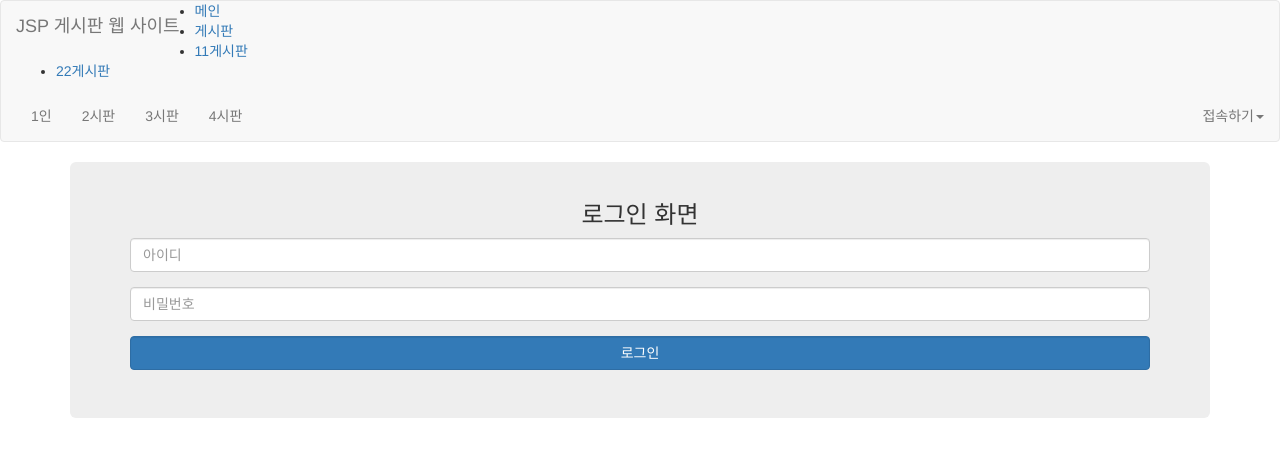
Repository: seung-kook/JSPBBS
Page: http://localhost/BBS/login.jsp
These files come from the project's save history. The page is drawn as it stood at one moment and after the next save; the edit follows.
The browser window is 1280 px wide. The pictures show the whole page.
Some web libraries are served in a nearby version. The page is served by Tomcat 9. Other server files are loaded and not shown.

Above is the page before, as saved 2022-02-01 03:47:12.

### BBS/src/main/webapp/login.jsp
<%@ page language="java" contentType="text/html; charset=UTF-8"
    pageEncoding="UTF-8"%>
<!DOCTYPE html>
<html>
<head>
<meta charset="UTF-8">
<meta name="viewport" content="width=device-width, initial-scale=1">
<link rel="stylesheet" href="css/bootstrap.css">
<title>JSP 게시판 웹 사이트</title>
</head>
<body>
	<nav class="navbar navbar-default">
		<div class="navbar-header">
			<button type="button" class="navbar-toggle collapsed"
				data-toggle="collapse" data-target="#bs-example-navbar-collapse-1"
				aria-expanded="false">
				<span class="icon-bar"></span>
				<span class="icon-bar"></span>
				<span class="icon-bar"></span>
			</button>
			<a class="navbar-brand" href="main.jsp">JSP 게시판 웹 사이트</a>
		</div>
		<div class="collapse navbar-collapse" id="bs-example-navbar-collapse-1">
			<ul>
				<li><a href="main.jsp">메인</a></li>
				<li><a href="bbs.jsp">게시판</a></li>
				<li><a href="bbs.jsp">11게시판</a></li>
				<li><a href="bbs.jsp">22게시판</a></li>
			</ul>
			<ul class="nav navbar-nav">
				<li><a href="main.jsp">1인</a></li>
				<li><a href="bbs.jsp">2시판</a></li>
				<li><a href="bbs.jsp">3시판</a></li>
				<li><a href="bbs.jsp">4시판</a></li>
			</ul>
			<ul class="nav navbar-nav navbar-right">
				<li class="dropdown">
					<a href="#" class="dropdown-toggle"
						data-toggle="dropdown" role="button" aria-haspopup="true"
						aria-expanded="false">접속하기<span class="caret"></span></a>
					<ul class="dropdown-menu">
						<li class="active"><a href="login.jsp">로그인</a></li>
						<li><a href="join.jsp">회원가입</a></li>
					</ul>
				</li>
			</ul>
		</div>
	</nav>
	<div class="container">
		<div class="col-lg-4"></div>
		<div class="col-lg-4"></div>
			<div class="jumbotron" style="padding-top: 20px">
				<form method="post" action="loginAction.jsp">
					<h3 style="text-align: center;">로그인 화면</h3>
					<div class="form-group">
						<input type="text" class="form-control" placeholder="아이디" name="userID" maxlength="20">
					</div>
					<div class="form-group">
						<input type="password" class="form-control" placeholder="비밀번호" name="userPassword" maxlength="20">
					</div>
					<input type="submit" class="btn btn-primary form-control" value="로그인">
				</form>
			</div>
		<div class="col-lg-4"></div>
	</div>
	<script src="https://code.jquery.com/jquery-3.1.1.min.js"></script>
	<script src="js/bootstrap.js"></script>
</body>
</html>

Loaded but not shown: BBS/src/main/webapp/css/bootstrap.css (library); BBS/src/main/webapp/js/bootstrap.js (library)

After the next save:
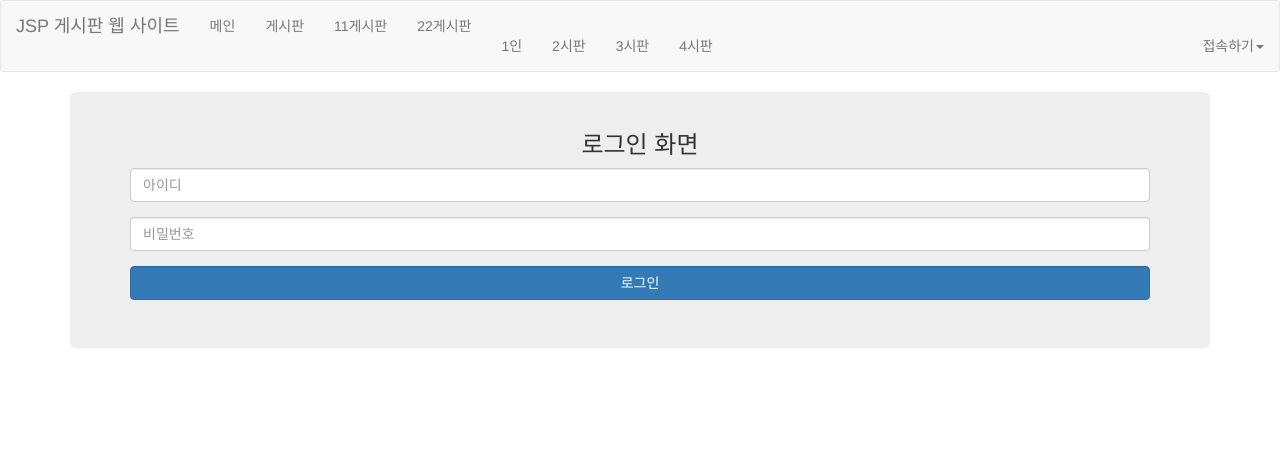
Saved 56 s later.
--- a/BBS/src/main/webapp/login.jsp
+++ b/BBS/src/main/webapp/login.jsp
@@ -21,12 +21,12 @@
 			<a class="navbar-brand" href="main.jsp">JSP 게시판 웹 사이트</a>
 		</div>
 		<div class="collapse navbar-collapse" id="bs-example-navbar-collapse-1">
-			<ul>
+			<ul class="nav navbar-nav">
 				<li><a href="main.jsp">메인</a></li>
 				<li><a href="bbs.jsp">게시판</a></li>
 				<li><a href="bbs.jsp">11게시판</a></li>
 				<li><a href="bbs.jsp">22게시판</a></li>
-			</ul>
+			</ul><br>
 			<ul class="nav navbar-nav">
 				<li><a href="main.jsp">1인</a></li>
 				<li><a href="bbs.jsp">2시판</a></li>
